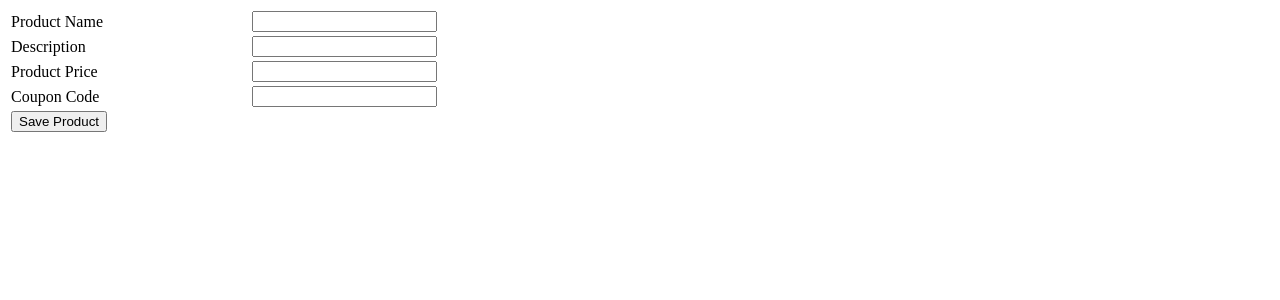
Repository: payal033/Java-Servlets-JSP
Page: http://localhost/FinalProject/createProduct.jsp
An editor plug-in stored every save of this project. The page is shown before and after the next save, followed by the edit.
The browser window is 1280 px wide. The pictures show the whole page.
The page is served by Tomcat 9.

Above is the page before, as saved 2022-05-30 17:52:25.

After the next save:
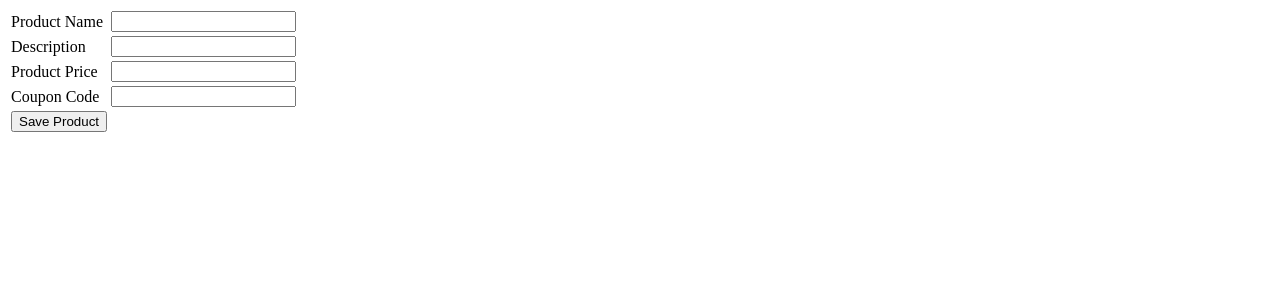
Saved 17 s later.
--- a/FinalProject/WebContent/createProduct.jsp
+++ b/FinalProject/WebContent/createProduct.jsp
@@ -8,7 +8,7 @@
 </head>
 <body>
 <form method="post" action="">
-		<table width="700">
+		<table>
 			<tr>
 			<td>Product Name</td>
 			<td><input type="text" name="productName" ></td>
